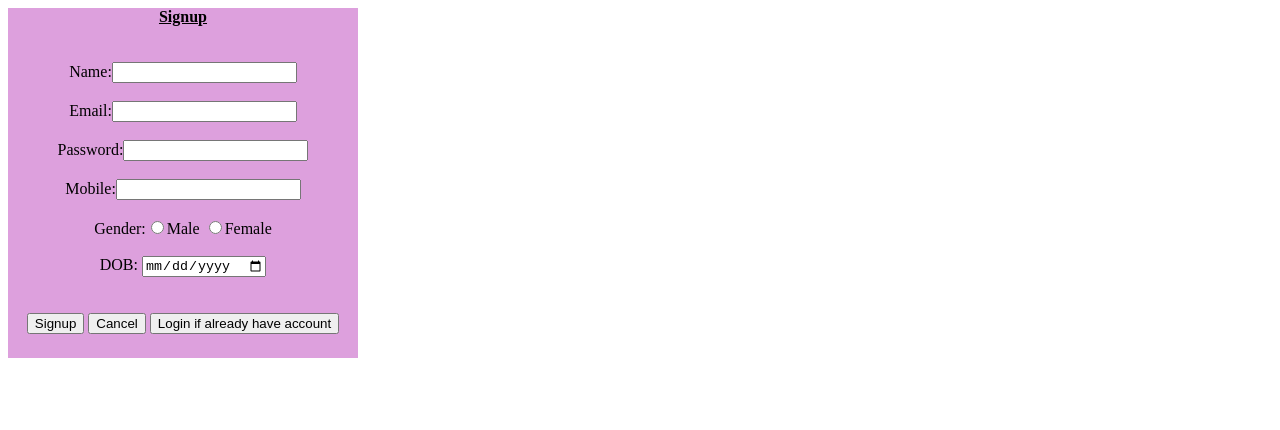
Repository: Spurthiv/todoapp
Page: Servlet_todo_app/src/main/webapp/Signup.html
The author's editor kept a copy of each file at every save. The page is drawn from the files as they stood at one save, then again after the next save.
The browser window is 1280 px wide. The pictures show the whole page.

Above is the page before, as saved 2023-11-22 07:29:35.

After the next save:
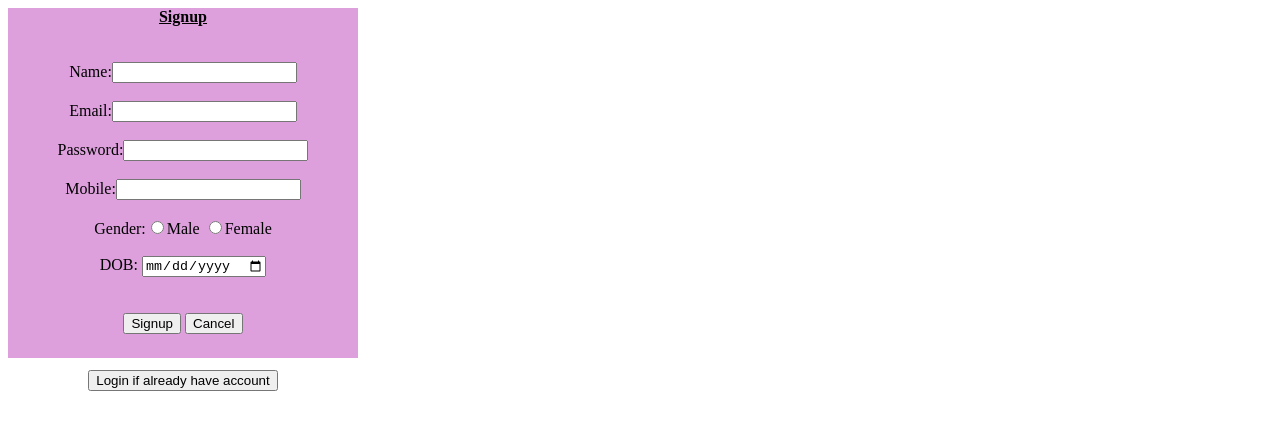
Saved 64 s later.
--- a/Servlet_todo_app/src/main/webapp/Signup.html
+++ b/Servlet_todo_app/src/main/webapp/Signup.html
@@ -30,8 +30,8 @@ Mobile:<input type="tel" pattern="[0-9](10)" name="mob" /> <br><br>
 
         DOB: <input type="date" name="dob"> <br><br><br>
         <button type="submit" formaction="">Signup</button>
-        <button type="reset">Cancel</button>
-         <button type="submit">Login if already have account</button><br><br><br>
+        <button type="reset">Cancel</button> <br><br><br>
+         <button type="submit">Login if already have account</button>
 
     </form>
 
